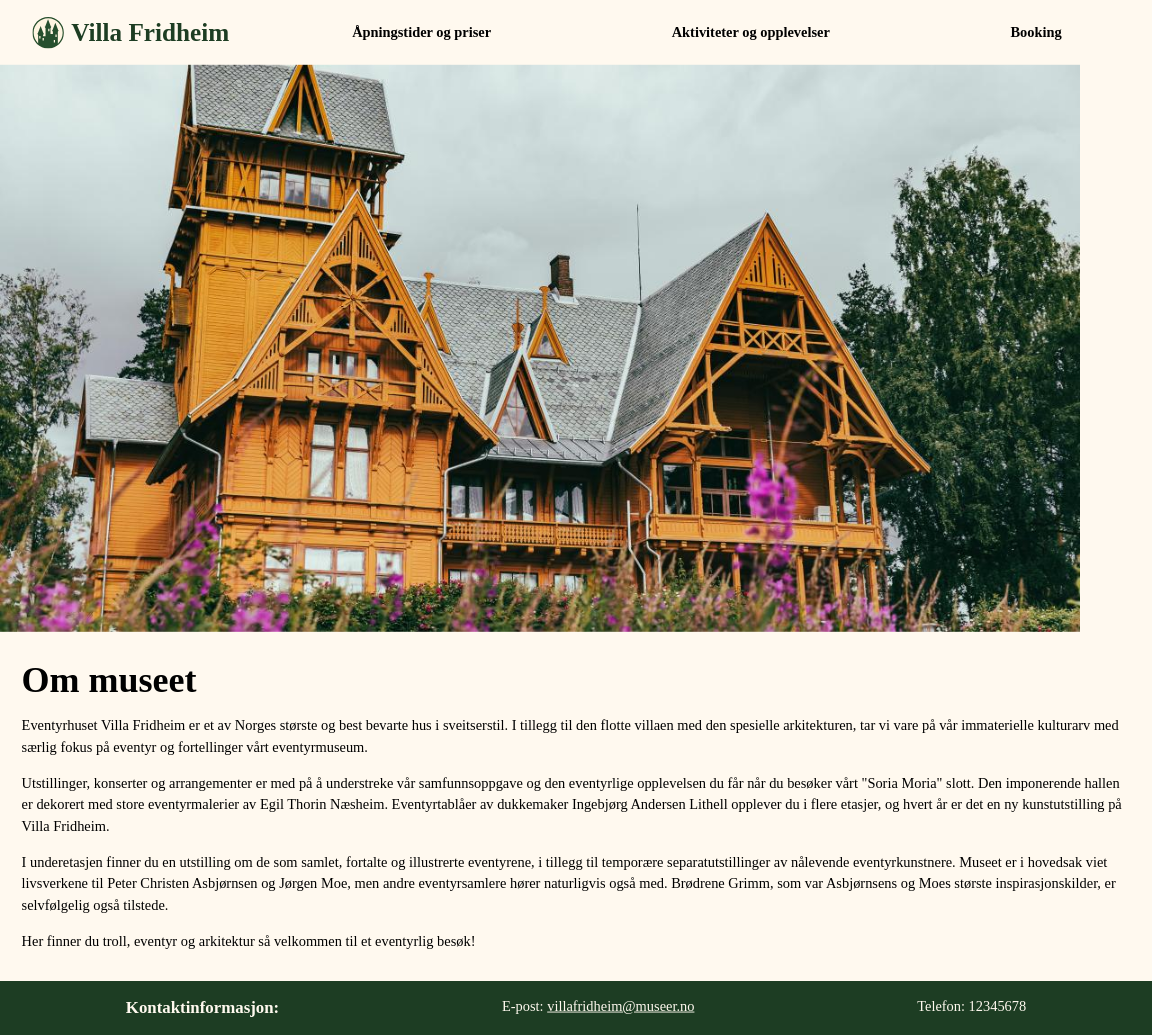
Repository: IdaHolmen/villa-fridheim
Page: src/about.html
The author's editor kept a copy of each file at every save. The page is drawn from the files as they stood at one save, then again after the next save.
The browser window is 1280 px wide. The pictures show the whole page, at 90% of full size.
Some web fonts or font styles are not loaded; a fallback is used.

Above is the page before, as saved 2024-10-15 14:43:15.

After the next save:
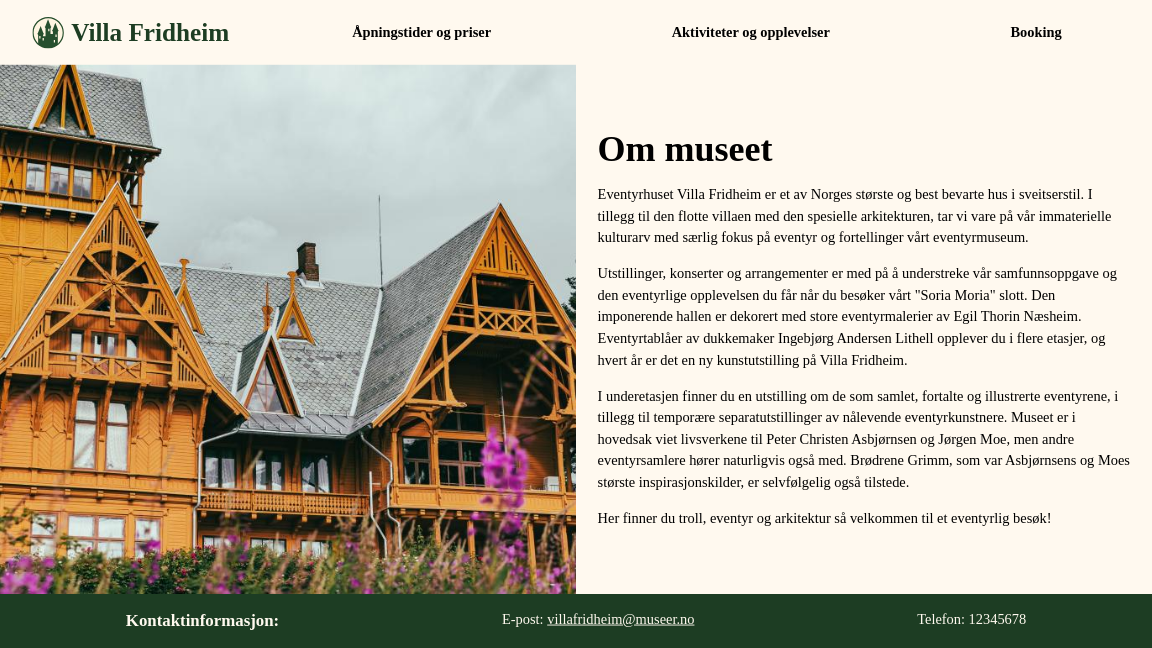
Saved 2 s later.
--- a/src/about.html
+++ b/src/about.html
@@ -28,7 +28,7 @@
         </header>
 
         <main class="main-container">
-            <section class="about-section">
+            <section class="normal-section">
                 <div class="image-container">
                     <img src="../assets/outside-image2.jpg" alt="Et gult hus i sveitserstil" class="page-image" />
                 </div>
